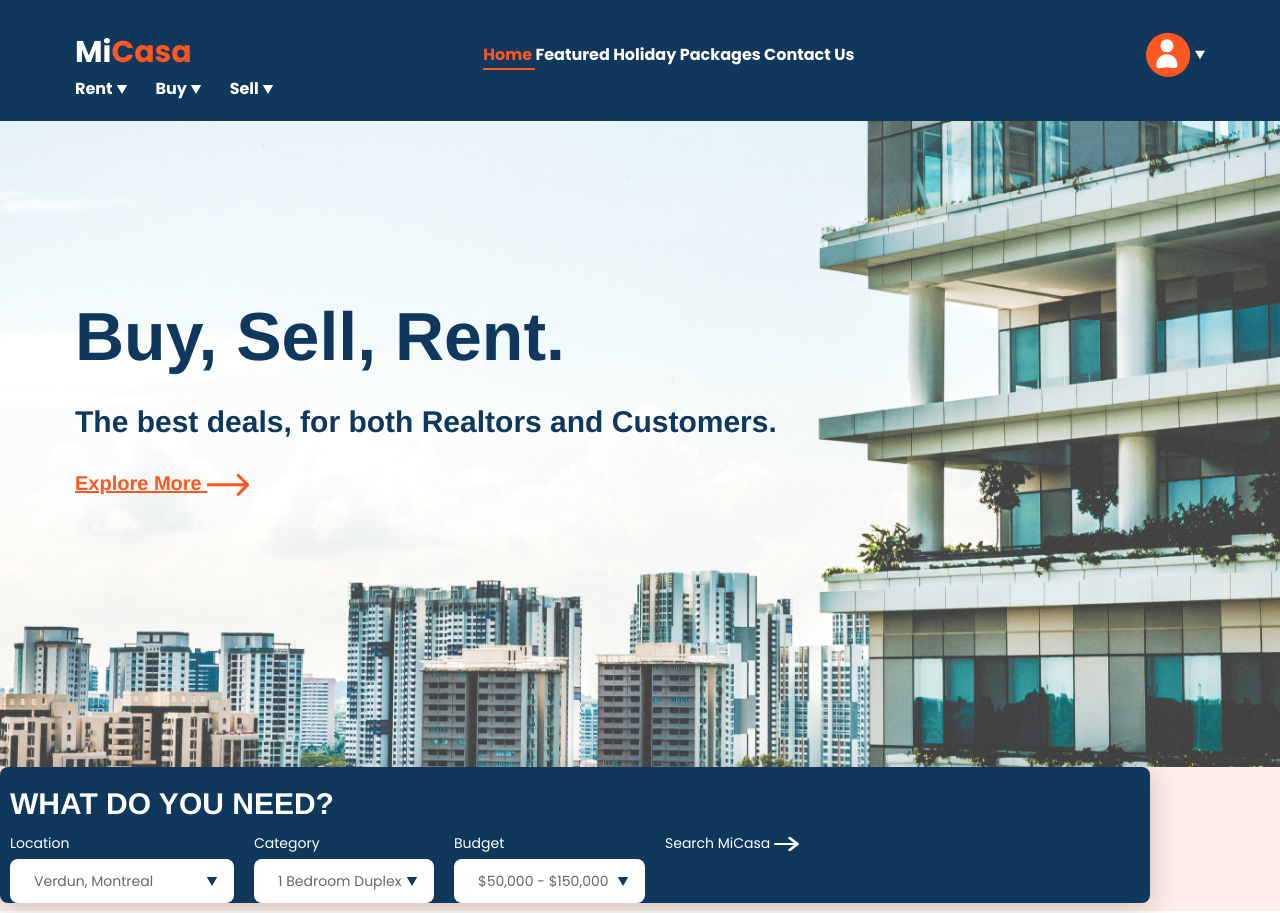
Repository: BenUnyolo/micasa-frontend
Page: index.html
These files come from the project's save history. The page is drawn as it stood at one moment and after the next save; the edit follows.
The browser window is 1280 px wide. The pictures show the whole page.

Above is the page before, as saved 2021-10-17 12:17:58.

### index.html
<!DOCTYPE html>
<html lang="en">
  <head>
    <meta charset="UTF-8" />
    <meta http-equiv="X-UA-Compatible" content="IE=edge" />
    <meta name="viewport" content="width=device-width, initial-scale=1.0" />
    <title>Document</title>
    <link rel="stylesheet" href="tailwind.css" />
  </head>
  <body>
    <!-- HEADER -->
    <header class="pt-8 pb-5 text-white bg-primary-600">
      <div class="inner-container">
        <!-- top row -->
        <div class="flex flex-row justify-between">
          <a
            href="/"
            class="inline-block text-3xl font-bold leading-10 font-poppins"
          >
            Mi<span class="text-secondary-600">Casa</span>
          </a>
          <nav class="flex items-center inline-block">
            <ul class="font-bold li-inline space-x-14 font-poppins">
              <li
                class="
                  text-secondary-600
                  border-b-2
                  pb-0.5
                  border-secondary-600
                "
              >
                <a href="/">Home</a>
              </li>
              <li><a href="#">Featured</a></li>
              <li><a href="#">Holiday Packages</a></li>
              <li><a href="#">Contact Us</a></li>
            </ul>
          </nav>
          <div class="flex flex-row items-center">
            <img src="assets/images/user_avatar.svg" alt="user avatar" />
            <svg
              width="14"
              height="12"
              viewBox="0 0 14 12"
              fill="none"
              xmlns="http://www.w3.org/2000/svg"
              class="pl-1"
            >
              <title>profile dropdown</title>
              <path d="M7 12L0.0717964 0H13.9282L7 12Z" fill="white" />
            </svg>
          </div>
        </div>
        <!-- bottom row -->
        <div>
          <ul class="space-x-6 font-bold li-inline font-poppins">
            <li>
              Rent
              <svg
                width="12"
                height="9"
                viewBox="0 0 12 9"
                fill="none"
                xmlns="http://www.w3.org/2000/svg"
                class="inline-block"
              >
                <path d="M6 9L0.803848 0H11.1962L6 9Z" fill="white" />
              </svg>
            </li>
            <li>
              Buy
              <svg
                width="12"
                height="9"
                viewBox="0 0 12 9"
                fill="none"
                xmlns="http://www.w3.org/2000/svg"
                class="inline-block"
              >
                <path d="M6 9L0.803848 0H11.1962L6 9Z" fill="white" />
              </svg>
            </li>
            <li>
              Sell
              <svg
                width="12"
                height="9"
                viewBox="0 0 12 9"
                fill="none"
                xmlns="http://www.w3.org/2000/svg"
                class="inline-block"
              >
                <path d="M6 9L0.803848 0H11.1962L6 9Z" fill="white" />
              </svg>
            </li>
          </ul>
        </div>
      </div>
    </header>
    <!-- HERO -->
    <div class="hero">
      <div class="flex inner-container">
        <div class="w-6/12">
          <h1 class="text-primary-600">Buy, Sell, Rent.</h1>
          <h2 class="mt-7.5 text-primary-600">
            The best deals, for both Realtors and Customers.
          </h2>
          <a
            href="#"
            class="
              inline-block
              mt-7.5
              text-secondary-600
              font-helvetica font-bold
              text-xl
              underline
            "
            >Explore More
            <svg
              width="43"
              height="23"
              viewBox="0 0 43 23"
              fill="none"
              xmlns="http://www.w3.org/2000/svg"
              class="inline-block"
            >
              <path
                d="M41.6936 12.9142C42.2794 12.3284 42.2794 11.3786 41.6936 10.7929L32.1477 1.24691C31.5619 0.661127 30.6122 0.661127 30.0264 1.24691C29.4406 1.8327 29.4406 2.78245 30.0264 3.36823L38.5117 11.8535L30.0264 20.3388C29.4406 20.9246 29.4406 21.8743 30.0264 22.4601C30.6122 23.0459 31.5619 23.0459 32.1477 22.4601L41.6936 12.9142ZM0.0714722 13.3535H40.633V10.3535H0.0714722V13.3535Z"
                fill="#FF5722"
              />
            </svg>
          </a>
        </div>
      </div>
    </div>
    <!-- SEARCH & HOW IT WORKS -->
    <div class="relative">
      <!-- what do you need -->
      <div
        class="absolute w-full pt-5 -mb-5 text-sm text-white rounded-lg  font-poppins px-28 bg-primary-600 absolute-center inner-container -top-32"
        id="homepage-search"
      >
        <h2 class="uppercase">What do you need?</h2>
        <!-- search boxes -->
        <span class="inline-block w-full mt-3">
          <div class="flex flex-wrap -m-2.5">
            <!-- location -->
            <div class="w-1/3 p-2.5">
              <label for="location" class="block">Location</label>
              <select name="location" id="search-location">
                <option value="verdun-montreal">Verdun, Montreal</option>
                <option value="sthenri-montreal">Saint Henri, Montreal</option>
                <option value="littleburgundy-montreal">
                  Little Burgundy, Montreal
                </option>
              </select>
            </div>
            <!-- category -->
            <div class="w-1/3 p-2.5">
              <label for="category" class="block">Category</label>
              <select name="category" id="search-category">
                <option value="1br-duplex">1 Bedroom Duplex</option>
                <option value="2br-duplex">2 Bedroom Duplex</option>
                <option value="3br-duplex">3 Bedroom Duplex</option>
              </select>
            </div>
            <!-- category -->
            <div class="w-1/3 p-2.5">
              <label for="budget" class="block">Budget</label>
              <select name="budget" id="search-budget">
                <option value="50k-150k">$50,000 - $150,000</option>
                <option value="150k-250k">$150,001 - $250,000</option>
                <option value="250k-350k">$250,001 - $350,000</option>
              </select>
            </div>
            <!-- search button -->
            <div class="w-1/3 p-2.5 ml-auto">
              <button class="btn">
                Search MiCasa
                <svg
                  width="25"
                  height="15"
                  viewBox="0 0 25 15"
                  fill="none"
                  xmlns="http://www.w3.org/2000/svg"
                  class="inline-block"
                >
                  <path
                    d="M1.5625 8H20.0938L14.4219 12.36C14.2906 12.4611 14.1916 12.5778 14.1308 12.7034C14.0699 12.829 14.0483 12.961 14.0672 13.0919C14.1052 13.3564 14.3059 13.6003 14.625 13.77C14.9441 13.9397 15.3555 14.0214 15.7686 13.997C16.1818 13.9726 16.5629 13.8442 16.8281 13.64L24.6406 7.64C24.6932 7.59228 24.7402 7.54214 24.7812 7.49C24.7813 7.44 24.8594 7.41 24.8906 7.36C24.9614 7.24534 24.9985 7.12329 25 7C24.9985 6.87671 24.9614 6.75466 24.8906 6.64C24.8906 6.59 24.8125 6.56 24.7812 6.51C24.7402 6.45786 24.6932 6.40773 24.6406 6.36L16.8281 0.360002C16.6812 0.247119 16.4972 0.156339 16.2893 0.0941181C16.0814 0.0318971 15.8545 -0.000236672 15.625 1.91036e-06C15.2599 -0.000454603 14.9061 0.0809208 14.625 0.230002C14.4668 0.313951 14.336 0.417051 14.2401 0.533399C14.1443 0.649746 14.0852 0.777054 14.0663 0.908031C14.0475 1.03901 14.0692 1.17108 14.1302 1.29668C14.1912 1.42229 14.2903 1.53895 14.4219 1.64L20.0938 6H1.5625C1.1481 6 0.750672 6.10536 0.457646 6.2929C0.16462 6.48043 0 6.73479 0 7C0 7.26522 0.16462 7.51957 0.457646 7.70711C0.750672 7.89464 1.1481 8 1.5625 8Z"
                    fill="white"
                  />
                </svg>
              </button>
            </div>
          </div>
        </span>
      </div>
      <!-- how it works -->
      <div class="bg-secondary-600 bg-opacity-10 pt-28">
        <div class="inner-container">
          something
          <br />
          <br />
          <br />
          <br />
          <br />
          <br />
        </div>
      </div>
    </div>
  </body>
</html>

Loaded but not shown: tailwind.css (library)

After the next save:
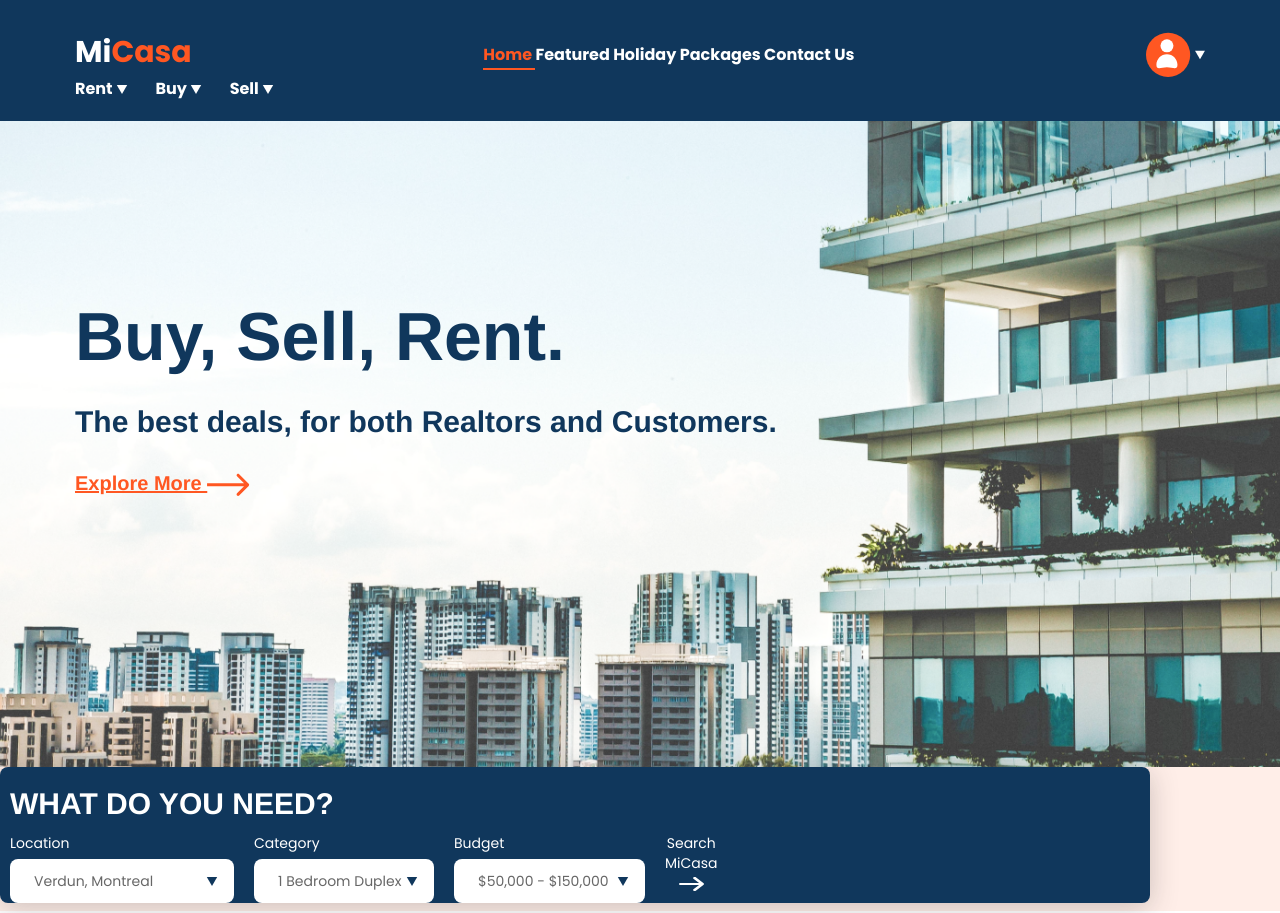
Saved 64 s later.
--- a/index.html
+++ b/index.html
@@ -174,8 +174,8 @@
               </select>
             </div>
             <!-- search button -->
-            <div class="w-1/3 p-2.5 ml-auto">
-              <button class="btn">
+            <div class="w-1/3 p-2.5 ml-auto relative">
+              <button class="absolute btn">
                 Search MiCasa
                 <svg
                   width="25"
